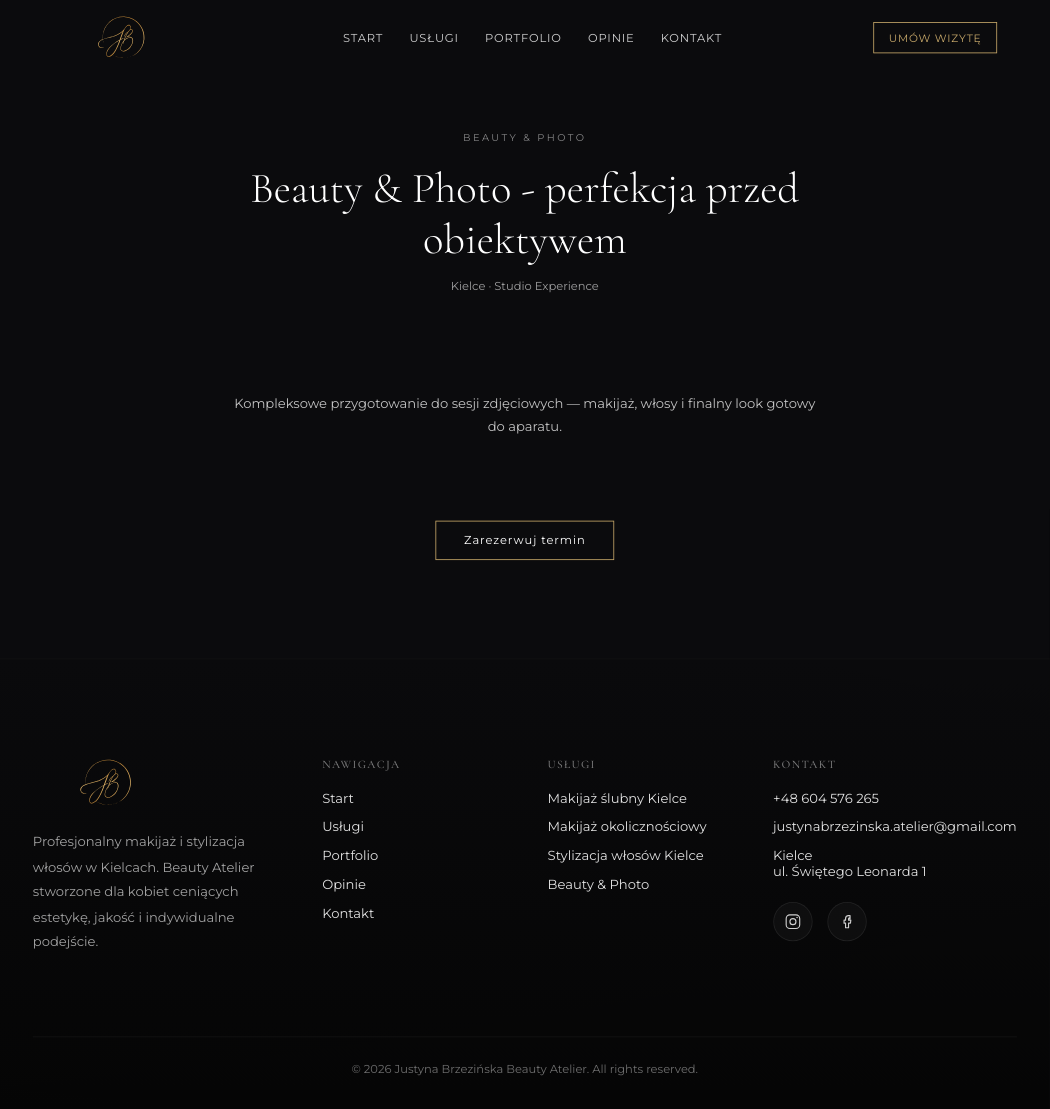
Repository: justynabrzezinskaatelier-bot/justynabrzezinska
Page: /uslugi/beauty-photo-kielce
These files come from the project's save history. The page is drawn as it stood at one moment and after the next save; the edit follows.
The browser window is 1280 px wide. The pictures show the whole page, at 82% of full size.
The project was rebuilt for these pictures with package versions that can differ from the ones it lists, and the page was loaded fresh each time. The framework's server and built-in components were replaced by stand-ins that run in the browser. Also part of the build but not shown: next.config.ts.

Above is the page before, as saved 2026-05-09 19:29:20.

### src/app/layout.tsx
import type { Metadata, Viewport } from "next";
import { Cormorant_Garamond, Montserrat } from "next/font/google";
import Navbar from "@/components/Navbar/Navbar";
import Footer from "@/components/Footer/Footer";

import "@/styles/globals.css";

const cormorant = Cormorant_Garamond({
  subsets: ["latin"],
  variable: "--font-heading",
});

const montserrat = Montserrat({
  subsets: ["latin"],
  variable: "--font-body",
});

export const metadata: Metadata = {
  title: "Justyna Brzezińska Beauty Atelier",
  description:
    "Makijaż i stylizacja włosów w Kielcach. Makeup & Hair Studio.",

  icons: {
    icon: [
      {
        url: "/favicon.ico",
      },
      {
        url: "/favicon.svg",
        type: "image/svg+xml",
      },
      {
        url: "/favicon-96x96.png",
        sizes: "96x96",
        type: "image/png",
      },
    ],

    apple: "/apple-touch-icon.png",

    shortcut: "/favicon.ico",
  },

  manifest: "/site.webmanifest",

  appleWebApp: {
    title: "JB Atelier",
  },
};

export const viewport: Viewport = {
  themeColor: "#0a0a0a",
};

export default function RootLayout({
  children,
}: Readonly<{
  children: React.ReactNode;
}>) {
  return (
    <html lang="pl" data-scroll-behavior="smooth">
      <body className={`${cormorant.variable} ${montserrat.variable}`}>
        <Navbar />
        {children}
        <Footer />
      </body>
    </html>
  );
}

### src/app/uslugi/[slug]/page.tsx
import { notFound } from "next/navigation";
import { services } from "@/lib/services";
import styles from "@/styles/Service.module.css";

type Props = {
    params: { slug: string };
};

export async function generateMetadata({ params }: Props) {
    const service = services.find(s => s.slug === params.slug);

    if (!service) return {};

    return {
        title: service.seoTitle,
        description: service.seoDescription,
    };
}

export default async function ServicePage({ params }: { params: Promise<{ slug: string }> }) {
    const { slug } = await params;

    const service = services.find(s => s.slug === slug);

    if (!service) return notFound();

    return (
        < main className={styles.page} >

            {/* HERO */}
            < section className={styles.hero} >
                <p className={styles.label}>{service.label}</p>

                <h1 className={styles.title}>
                    {service.title}
                </h1>

                <p className={styles.subtitle}>
                    {service.subtitle}
                </p>
            </ section >

            {/* CONTENT */}
            <section className={styles.section} >
                <p>{service.description}</p>
            </section >

            {/* CTA */}
            <section className={styles.ctaSection} >
                <a href="/kontakt" className={styles.cta}>
                    Zarezerwuj termin
                </a>
            </section >

        </main >
    );
}

### src/components/Footer/Footer.tsx
import styles from "./Footer.module.css";
import Link from "next/link";
import Image from "next/image";

export default function Footer() {
    return (
        <footer className={styles.footer}>

            <div className={styles.top}>

                {/* BRAND */}
                <div className={styles.brand}>
                    <Image
                        src="/JB-logo.svg"
                        alt="Justyna Brzezińska Beauty Atelier"
                        width={180}
                        height={60}
                    />

                    <p>
                        Profesjonalny makijaż i stylizacja włosów
                        w Kielcach. Beauty Atelier stworzone dla kobiet
                        ceniących estetykę, jakość i indywidualne podejście.
                    </p>
                </div>

                {/* NAVIGATION */}
                <div className={styles.column}>
                    <h3>Nawigacja</h3>

                    <nav>
                        <Link href="/">Start</Link>
                        <Link href="/uslugi">Usługi</Link>
                        <Link href="/portfolio">Portfolio</Link>
                        <Link href="/opinie">Opinie</Link>
                        <Link href="/kontakt">Kontakt</Link>
                    </nav>
                </div>

                {/* SERVICES */}
                <div className={styles.column}>
                    <h3>Usługi</h3>

                    <div className={styles.links}>
                        <Link href="/uslugi">
                            Makijaż ślubny Kielce
                        </Link>

                        <Link href="/uslugi">
                            Makijaż okolicznościowy
                        </Link>

                        <Link href="/uslugi">
                            Stylizacja włosów Kielce
                        </Link>

                        <Link href="/uslugi">
                            Beauty & Photo
                        </Link>
                    </div>
                </div>

                {/* CONTACT */}
                <div className={styles.column}>
                    <h3>Kontakt</h3>

                    <div className={styles.contact}>
                        <a href="tel:+48604576265">
                            +48 604 576 265
                        </a>

                        <a href="mailto:justynabrzezinska.atelier@gmail.com">
                            justynabrzezinska.atelier@gmail.com
                        </a>

                        <p>
                            Kielce
                            <br />
                            ul. Świętego Leonarda 1
                        </p>
                    </div>

                    {/* SOCIALS */}
                    <div className={styles.socials}>

                        <a
                            href="https://www.instagram.com/justynabrzezinska.makeup.hair/"
                            target="_blank"
                            rel="noopener noreferrer"
                            aria-label="Instagram"
                        >
                            <InstagramIcon />
                        </a>

                        <a
                            href="https://www.facebook.com/justmakeup.kielce/"
                            target="_blank"
                            rel="noopener noreferrer"
                            aria-label="Facebook"
                        >
                            <FacebookIcon />
                        </a>

                    </div>
                </div>
            </div>

            {/* BOTTOM */}
            <div className={styles.bottom}>
                <p>
                    © {new Date().getFullYear()} Justyna Brzezińska Beauty Atelier.
                    All rights reserved.
                </p>
            </div>
        </footer>
    );
}

function InstagramIcon() {
    return (
        <svg width="22" height="22" viewBox="0 0 24 24" fill="none">
            <rect
                x="3"
                y="3"
                width="18"
                height="18"
                rx="5"
                stroke="currentColor"
                strokeWidth="1.5"
            />
            <circle
                cx="12"
                cy="12"
                r="4"
                stroke="currentColor"
                strokeWidth="1.5"
            />
            <circle
                cx="17.5"
                cy="6.5"
                r="1"
                fill="currentColor"
            />
        </svg>
    );
}

function FacebookIcon() {
    return (
        <svg width="22" height="22" viewBox="0 0 24 24" fill="none">
            <path
                d="M14 8h2V4h-2c-2.2 0-4 1.8-4 4v2H8v4h2v6h4v-6h2.5l.5-4H14V8c0-.6.4-1 1-1z"
                stroke="currentColor"
                strokeWidth="1.5"
                strokeLinejoin="round"
            />
        </svg>
    );
}

### src/styles/globals.css
* {
  margin: 0;
  padding: 0;
  box-sizing: border-box;
}

:root {
  --background: #0a0a0a;
  --text: #f5f5f5;

  --gold: #c6a769;
  --gold-light: #e2c78f;

  --pink: #d8b4b4;

  --container: 1280px;

  --font-heading: serif;
  --font-body: sans-serif;
}

html {
  scroll-behavior: smooth;
}

body {
  background: var(--background);
  color: var(--text);
  font-family: var(--font-body);
}

h1,
h2,
h3,
h4 {
  font-family: var(--font-heading);
  font-weight: 500;
  line-height: 1.1;
}

img {
  max-width: 100%;
  display: block;
}

button,
input,
textarea {
  font: inherit;
}

a {
  color: inherit;
  text-decoration: none;
}

.container {
  width: 100%;
  max-width: var(--container);
  margin: 0 auto;
  padding: 0 24px;
}

### src/lib/services.ts
export type Service = {
    slug: string;
    title: string;
    subtitle: string;
    label: string;
    description: string;
    seoTitle: string;
    seoDescription: string;
};

export const services: Service[] = [
    {
        slug: "makijaz-slubny-kielce",
        title: "Makijaż ślubny, który nie potrzebuje filtrów",
        subtitle: "Kielce · Beauty Atelier",
        label: "Bridal Experience",
        description:
            "Dla kobiet, które chcą wyglądać sobą — tylko w najlepszej wersji.",
        seoTitle: "Makijaż ślubny Kielce | Beauty Atelier",
        seoDescription:
            "Ekskluzywny makijaż ślubny w Kielcach. Naturalny, trwały i dopasowany do Ciebie."
    },
    {
        slug: "makijaz-okolicznosciowy-kielce",
        title: "Makijaż, który podkreśla, nie zmienia",
        subtitle: "Elegancja w najczystszej formie",
        label: "Occasion Makeup",
        description:
            "Profesjonalny makijaż na eventy, gale i sesje zdjęciowe - dopasowany do Twojej urody i stylu.",
        seoTitle: "Makijaż okolicznościowy Kielce | Beauty Atelier",
        seoDescription:
            "Profesjonalny makijaż okolicznościowy w Kielcach. Naturalny, elegancki i trwały."
    },
    {
        slug: "stylizacja-wlosow-kielce",
        title: "Włosy, które domykają całość stylizacji",
        subtitle: "Hair Styling · Kielce",
        label: "Hair Style",
        description:
            "Nowoczesne fryzury dopasowane do makijażu i charakteru stylizacji — od soft waves po eleganckie upięcia.",
        seoTitle: "Stylizacja włosów Kielce | Beauty Atelier",
        seoDescription:
            "Profesjonalna stylizacja włosów w Kielcach. Fryzury ślubne i okolicznościowe."
    },
    {
        slug: "beauty-photo-kielce",
        title: "Beauty & Photo - perfekcja przed obiektywem",
        subtitle: "Kielce · Studio Experience",
        label: "Beauty & Photo",
        description:
            "Kompleksowe przygotowanie do sesji zdjęciowych — makijaż, włosy i finalny look gotowy do aparatu.",
        seoTitle: "Beauty & Photo Kielce | Makijaż do sesji zdjęciowych",
        seoDescription:
            "Profesjonalne przygotowanie beauty do sesji zdjęciowych w Kielcach."
    }
];

### src/styles/Service.module.css
.page {
    background: #0b0b0d;
    color: #fff;
    padding: 160px 24px 120px;
}

/* HERO */
.hero {
    max-width: 900px;
    margin: 0 auto 120px;
    text-align: center;
}

.label {
    font-size: 12px;
    letter-spacing: 0.25em;
    text-transform: uppercase;
    opacity: 0.5;
}

.title {
    font-size: 52px;
    font-weight: 300;
    margin-top: 24px;
    line-height: 1.2;
}

.subtitle {
    margin-top: 16px;
    font-size: 14px;
    opacity: 0.6;
}

/* CONTENT */
.section {
    max-width: 720px;
    margin: 0 auto 90px;
    text-align: center;
}

.section p {
    font-size: 16px;
    line-height: 1.8;
    opacity: 0.75;
}

/* CTA */
.ctaSection {
    display: flex;
    justify-content: center;
    margin-top: 100px;
}

.cta {
    padding: 14px 34px;
    border: 1px solid var(--gold);
    text-decoration: none;
    color: #fff;
    font-size: 14px;
    letter-spacing: 0.08em;
    transition: 0.3s ease;
}

.cta:hover {
    background: var(--gold);
    color: #0b0b0d;
}

/* MOBILE */
@media (max-width: 768px) {
    .title {
        font-size: 34px;
    }

    .page {
        padding: 120px 18px 80px;
    }
}

### src/components/Navbar/Navbar.module.css
.header {
    position: fixed;
    top: 0;
    width: 100%;
    z-index: 100;
    transition: all 0.3s ease;
}

.scrolled {
    background: rgba(11, 11, 13, 0.6);
    backdrop-filter: blur(12px);
    border-bottom: 1px solid rgba(200, 169, 106, 0.15);
}

.inner {
    max-width: 1200px;
    margin: 0 auto;
    padding: 18px 24px;
    display: flex;
    align-items: center;
    justify-content: space-between;
}

/* LOGO */
.logo {
    display: flex;
    align-items: center;
}

/* NAV */
.nav {
    display: flex;
    gap: 32px;
}

.nav a {
    color: #fff;
    font-size: 14px;
    letter-spacing: 1px;
    text-transform: uppercase;
    opacity: 0.8;
    transition: 0.3s;
}

.nav a:hover {
    opacity: 1;
    color: #c8a96a;
}

/* CTA */
.cta {
    padding: 10px 18px;
    border: 1px solid #c8a96a;
    color: #c8a96a;
    font-size: 13px;
    text-transform: uppercase;
    letter-spacing: 1px;
    transition: 0.3s;
}

.cta:hover {
    background: #c8a96a;
    color: #0b0b0d;
}

/* BURGER */
.burger {
    display: none;
    flex-direction: column;
    gap: 5px;
    background: none;
    border: none;
}

.burger span {
    width: 24px;
    height: 2px;
    background: white;
    transition: 0.3s;
}

/* OVERLAY */
.overlay {
    position: fixed;
    inset: 0;
    background: rgba(0, 0, 0, 0.6);
    backdrop-filter: blur(8px);
    z-index: 90;
}

/* MOBILE MENU */
.mobileMenu {
    position: fixed;
    inset: 0;
    width: 100vw;
    height: 100vh;
    background: rgba(11, 11, 13, 0.98);
    backdrop-filter: blur(18px);
    z-index: 1000;

    display: flex;
    justify-content: center;
    align-items: center;

    opacity: 0;
    pointer-events: none;
    transition: opacity 0.4s ease;
}

/* OPEN STATE */
.open {
    opacity: 1;
    pointer-events: all;
}

.mobileContent {
    display: flex;
    flex-direction: column;
    align-items: center;
    text-align: center;
    gap: 40px;

    transform: scale(0.98);
    animation: fadeIn 0.5s ease forwards;
}

/* LOGO */
.mobileLogo {
    margin-bottom: 10px;
}

/* NAV LINKS - LUXURY TYPOGRAPHY */
.mobileNav {
    display: flex;
    flex-direction: column;
    gap: 22px;
}

.mobileNav a {
    font-size: 22px;
    letter-spacing: 2px;
    text-transform: uppercase;
    color: #ffffff;
    opacity: 0.75;
    transition: 0.3s;
}

.mobileNav a:hover {
    opacity: 1;
    color: #c8a96a;
}

/* CTA */
.mobileCTA {
    margin-top: 20px;
    padding: 14px 28px;
    border: 1px solid #c8a96a;
    color: #c8a96a;
    text-transform: uppercase;
    letter-spacing: 2px;
    font-size: 13px;
    transition: 0.3s;
}

.mobileCTA:hover {
    background: #c8a96a;
    color: #0b0b0d;
}

/* CLOSE BUTTON */
.close {
    position: absolute;
    top: 24px;
    right: 24px;
    font-size: 36px;
    background: none;
    border: none;
    color: white;
    opacity: 0.6;
    transition: 0.3s;
}

.close:hover {
    opacity: 1;
}

/* ANIMATION */
@keyframes fadeIn {
    from {
        opacity: 0;
        transform: scale(0.96);
    }

    to {
        opacity: 1;
        transform: scale(1);
    }
}

/* RESPONSIVE */
@media (max-width: 900px) {

    .nav,
    .cta {
        display: none;
    }

    .burger {
        display: flex;
    }
}

### src/components/Footer/Footer.module.css
.footer {
    position: relative;

    padding:
        120px 40px 40px;

    background:
        linear-gradient(to bottom,
            #0a0a0c,
            #050505);

    border-top:
        1px solid rgba(255, 255, 255, 0.06);
}

.top {
    max-width: 1400px;
    margin: 0 auto;

    display: grid;
    grid-template-columns:
        1.4fr 1fr 1fr 1fr;

    gap: 80px;
}

.brand p {
    margin-top: 28px;

    color:
        rgba(255, 255, 255, 0.62);

    line-height: 1.9;

    max-width: 340px;
}

.column h3 {
    margin-bottom: 24px;

    font-size: 14px;
    font-weight: 500;
    letter-spacing: 0.12em;
    text-transform: uppercase;

    color:
        rgba(255, 255, 255, 0.45);
}

.column nav,
.links,
.contact {
    display: flex;
    flex-direction: column;
    gap: 16px;
}

.column a,
.contact p {
    color:
        rgba(255, 255, 255, 0.88);

    text-decoration: none;

    transition: 0.3s ease;
}

.column a:hover {
    color: white;
}

.socials {
    display: flex;
    gap: 18px;

    margin-top: 28px;
}

.socials a {
    width: 48px;
    height: 48px;

    display: flex;
    align-items: center;
    justify-content: center;

    border-radius: 50%;

    border:
        1px solid rgba(255, 255, 255, 0.08);

    background:
        rgba(255, 255, 255, 0.03);

    color:
        rgba(255, 255, 255, 0.8);

    transition:
        transform 0.3s ease,
        background 0.3s ease,
        border-color 0.3s ease;
}

.socials a:hover {
    transform: translateY(-3px);

    background:
        rgba(255, 255, 255, 0.08);

    border-color:
        rgba(255, 255, 255, 0.15);

    color: white;
}

.bottom {
    margin-top: 100px;
    padding-top: 30px;

    border-top:
        1px solid rgba(255, 255, 255, 0.06);

    text-align: center;
}

.bottom p {
    color:
        rgba(255, 255, 255, 0.42);

    font-size: 14px;
}

@media (max-width: 1000px) {

    .top {
        grid-template-columns: 1fr;
        gap: 60px;
    }

    .footer {
        display: flex;
        flex-direction: column;
        align-items: center;
        justify-content: center;
        align-items: center;
        text-align: center;
        padding:
            90px 24px 32px;
    }

    .brand {
        display: flex;
        flex-direction: column;
        align-items: center;
    }

    .socials {
        justify-content: center;
    }

    .bottom {
        margin-top: 60px;
    }
}

Loaded but not shown: src/components/Navbar/Navbar.tsx (185 lines, source omitted)

After the next save:
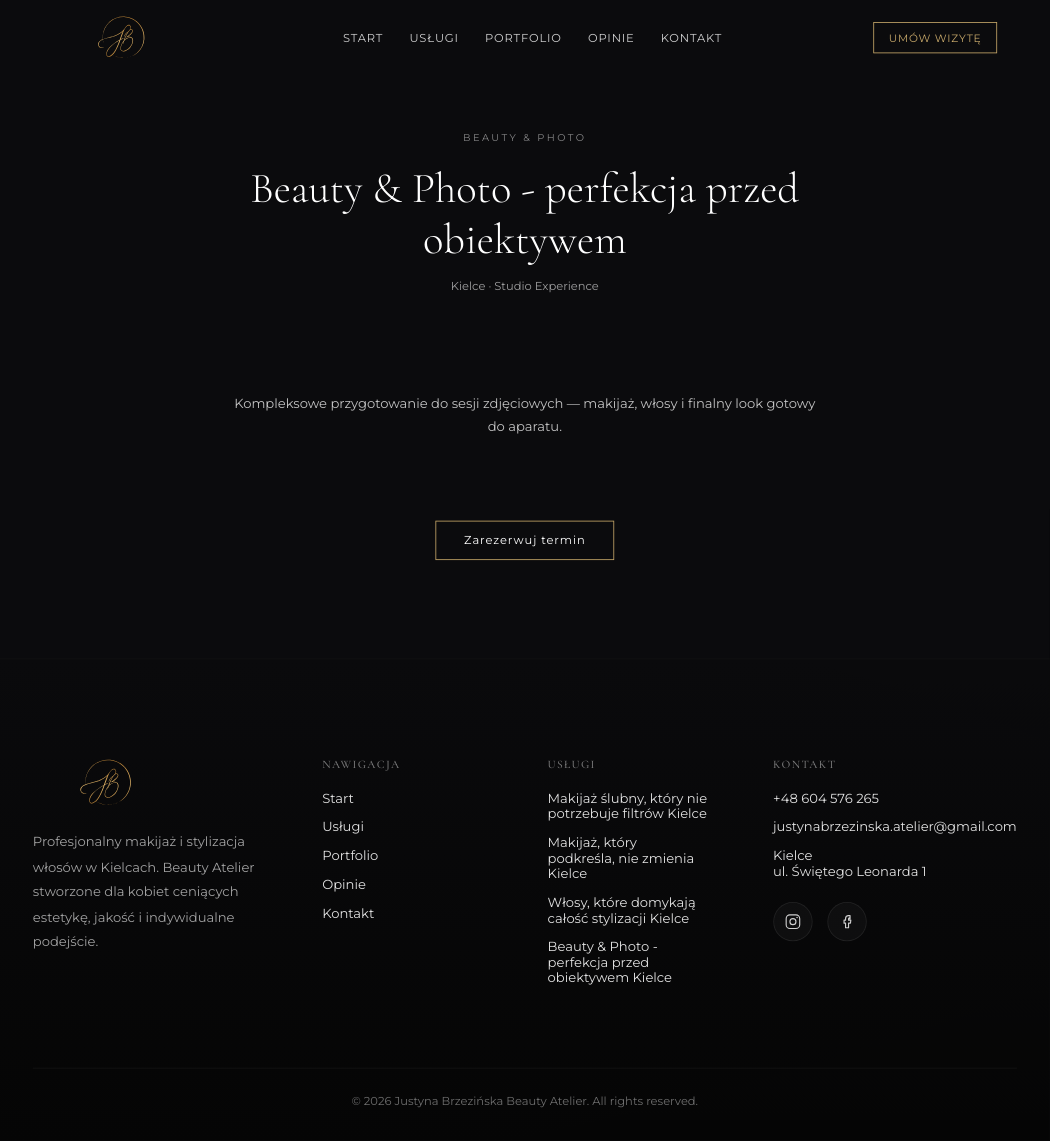
Saved 92 s later.
--- a/src/components/Footer/Footer.tsx
+++ b/src/components/Footer/Footer.tsx
@@ -1,6 +1,8 @@
 import styles from "./Footer.module.css";
 import Link from "next/link";
 import Image from "next/image";
+import { services } from "@/lib/services";
+
 
 export default function Footer() {
     return (
@@ -38,25 +40,20 @@
                 </div>
 
                 {/* SERVICES */}
+
+
                 <div className={styles.column}>
                     <h3>Usługi</h3>
 
                     <div className={styles.links}>
-                        <Link href="/uslugi">
-                            Makijaż ślubny Kielce
-                        </Link>
-
-                        <Link href="/uslugi">
-                            Makijaż okolicznościowy
-                        </Link>
-
-                        <Link href="/uslugi">
-                            Stylizacja włosów Kielce
-                        </Link>
-
-                        <Link href="/uslugi">
-                            Beauty & Photo
-                        </Link>
+                        {services.map((service) => (
+                            <Link
+                                key={service.slug}
+                                href={`/uslugi/${service.slug}`}
+                            >
+                                {service.title} Kielce
+                            </Link>
+                        ))}
                     </div>
                 </div>
 
